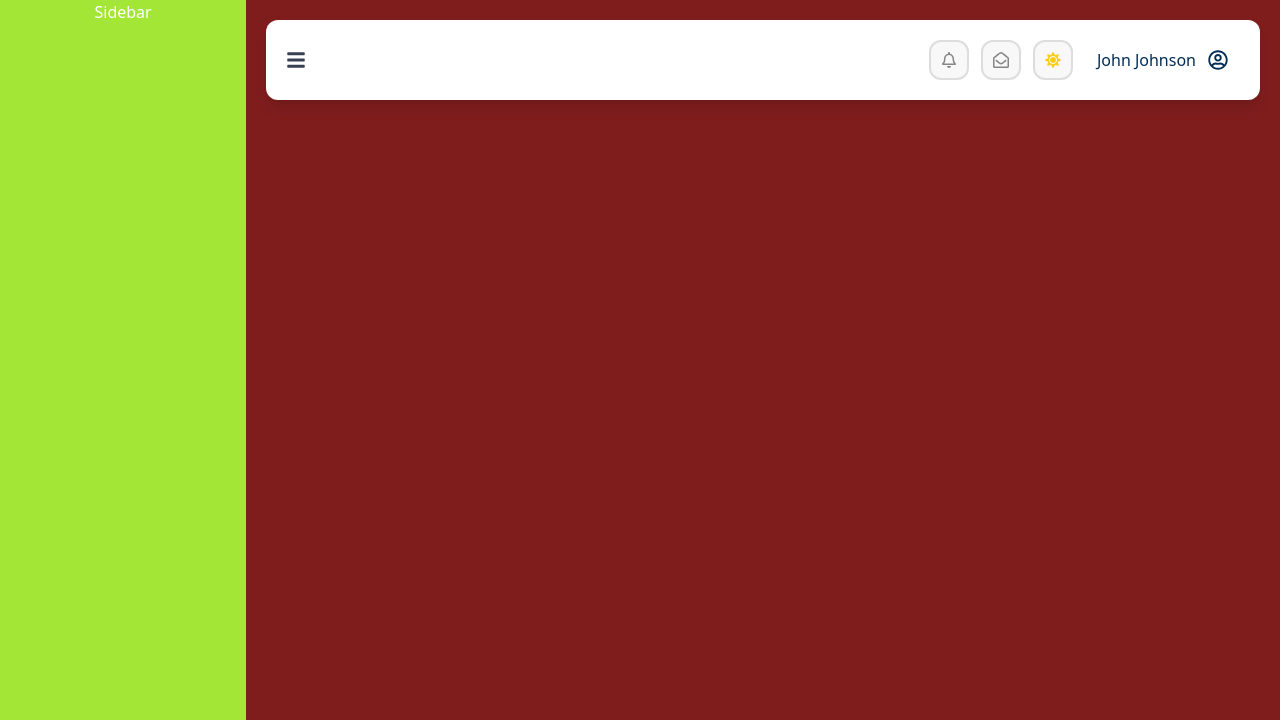
Repository: farrelmuhammad/redesign-bo
Page: /
These files come from the project's save history. The page is drawn as it stood at one moment and after the next save; the edit follows.
The browser window is 1280 px wide. The pictures show the whole page.
The project was rebuilt for these pictures with package versions that can differ from the ones it lists, and the page was loaded fresh each time. Also part of the build but not shown: src/App.css.

Above is the page before, as saved 2024-03-02 19:30:19.

After the next save:
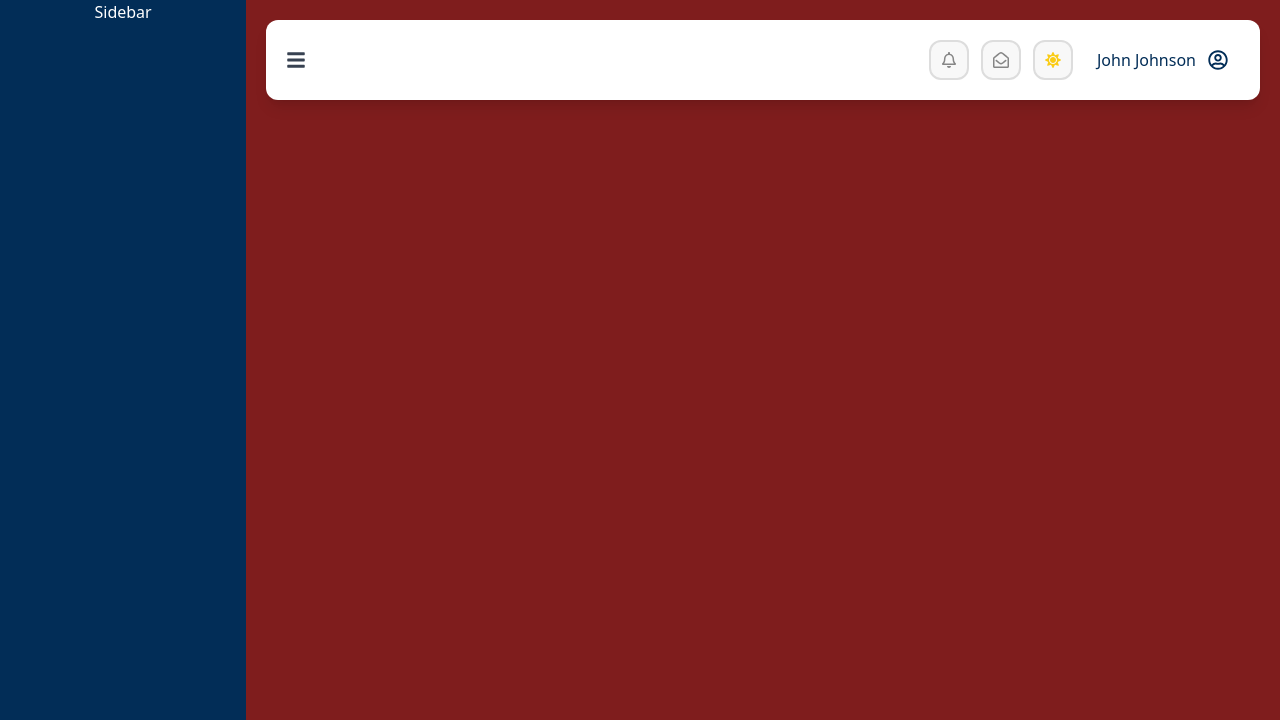
Saved 39 s later.
--- a/src/components/Sidebar.tsx
+++ b/src/components/Sidebar.tsx
@@ -2,7 +2,7 @@ import React from 'react'
 
 const Sidebar = () => {
   return (
-    <aside className='flex flex-col h-screen w-1/4 justify-start items-center bg-lime-400'>Sidebar</aside>
+    <aside className='flex flex-col h-screen w-1/4 justify-start items-center bg-[#022D57]'>Sidebar</aside>
   )
 }
 
